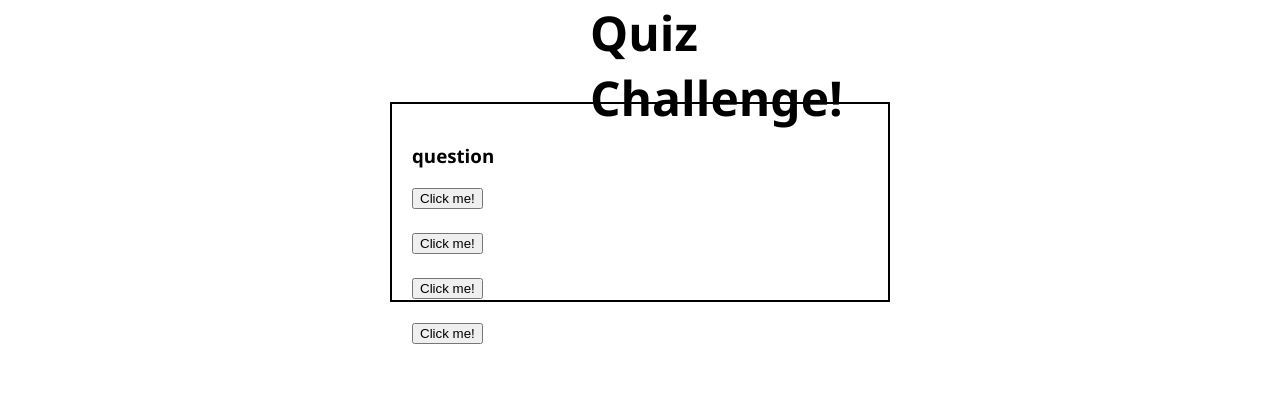
Repository: s88leigh/Quiz-Challenge
Page: index.html
The author's editor kept a copy of each file at every save. The page is drawn from the files as they stood at one save, then again after a run of saves.
The browser window is 1280 px wide. The pictures show the whole page.

Above is the page before, as saved 2019-10-18 10:34:52.

### index.html
<!DOCTYPE html>
<html lang="en">

<head>
    <meta charset="UTF-8">
    <meta name="viewport" content="width=device-width, initial-scale=1.0">
    <meta http-equiv="X-UA-Compatible" content="ie=edge">
    <link rel="stylesheet" type="text/css" href="style.css">
    <title>Quiz</title>


</head>

<body>
    <h1 id="title">Quiz Challenge!</h1>
    <br>
    <div id="question-box">

        <h3 id="question">question</h3>
        <div id="answers"></div>

        <input type="button" id="btn1" value="Click me!"> <br> <br>
        <input type="button" id="btn2" value="Click me!"> <br> <br>
        <input type="button" id="btn3" value="Click me!"> <br> <br>
        <input type="button" id="btn4" value="Click me!">

    </div>

    <!-- <div class="wrapper">
    <h1>Coding Timetracker</h1>
    <h2><span id="counter">0</span> Hours Spent Coding Today</h2>
    <button id="add">Increment</button>
    <button id="subtract">Decrement</button>
  </div> -->

    <script src="./script.js"></script>
</body>

</html>

### style.css
#title {
    width: 100px;
    height: 50px;
    margin: auto;
    margin-bottom: 30px;
    text-align: center;
}

#question-box {
    width: 500px;
    height: 200px;
    padding: 20px;
    margin: auto;
    border: 2px solid black;
}

/* time tracker */
*, *::before, *::after {
    box-sizing: border-box;
  }

  html {
    font-size: 16px;
    font-family: 'Segoe UI', Tahoma, Geneva, Verdana, sans-serif;
  }

  body {
    margin: 0;
    padding: 0;
    font-weight: normal;
  }

  .wrapper {
    width: 800px;
    margin: 0 auto;
    text-align: center;
  }

  h1 {
    font-size: 3em;
  }

  #add, #subtract {
    border-radius: 4px;
    border-style: none;
    box-shadow: rgba(34,36,38,.15) 0 0 0 0 inset;
    color: #fff;
    cursor: pointer;
    font-family: "Helvetica Neue",Arial,Helvetica,sans-serif;
    font-size: 1em;
    font-weight: 700;
    line-height: 0;
    padding: 20px;
  }

  #add {
    background-color: #2185d0;
  }

  #add:hover {
    background-color: #1678c2;
  }

  #subtract {
    background-color: #db2828;
  }

  #subtract:hover {
    background-color: #CF1919;
  }

### script.js
// var btn1 = document.getElementById("btn1");
// var btn2 = document.getElementById("btn2");
// var btn3 = document.getElementById("btn3");
// var btn4 = document.getElementById("btn4");
var currQuestionDiv = document.getElementById("question");
var answersDiv = document.getElementById("answers");

var questions = [
    {
        questionText: "What programming language is used to style a webpage?",
        choices: ["Option 1","css", "Option3", "Option4"],
        answer: "css"
    },
    {
        questionText: "Which one is a DOM element?",
        choices: ["Option 1", "Option 2", "addEventListener", "Option4"],
        answer: "addEventListener"
    },
    {
        questionText: "Which is a DOM attribute?",
        choices: ["value", "Option 2", "Option3", "Option4"],
        answer: "value"
    },
    {
        questionText: "What are the inputs of a function called?",
        choices: ["Option 1", "Option 2", "Option3", "parameters"],
        answer: "parameters"
    },
    {
        questionText: "What is the output of a function called?",
        choices: ["Option 1", "Option 2", "Option3", "parameters"],
        answer: "return"
    }
];

var qIndex = 0;
function questionText(){
    var currentQuestion = questions[qIndex];
    currQuestionDiv.innerText = currentQuestion.questionText

}
// for (var i = 0; i < questions.length; i++) {
//     // get the question
//     var question = questions[i];
//     // get the question text and do something with it, put it on document
//     question.questionText;
// }

// questionText()




// // Counter in local storage
// var counter = document.querySelector("#counter");
// var addButton = document.querySelector("#add");
// var subtractButton = document.querySelector("#subtract");

// var count = localStorage.getItem("count");

// counter.textContent = count;

// addButton.addEventListener("click", function() {
//   count++;
//   counter.textContent = count;

//   localStorage.setItem("count", count);
// });

// subtractButton.addEventListener("click", function() {
//   count--;
//   counter.textContent = count;

//   localStorage.setItem("count", count);
// });

// // testing
// var h1 = document.createElement("h1");
// var h1Text = document.createTextNode("Hello Kitty");
// h1.appendChild(h1Text);
// document.body.appendChild(h1);

After the next 4 saves:
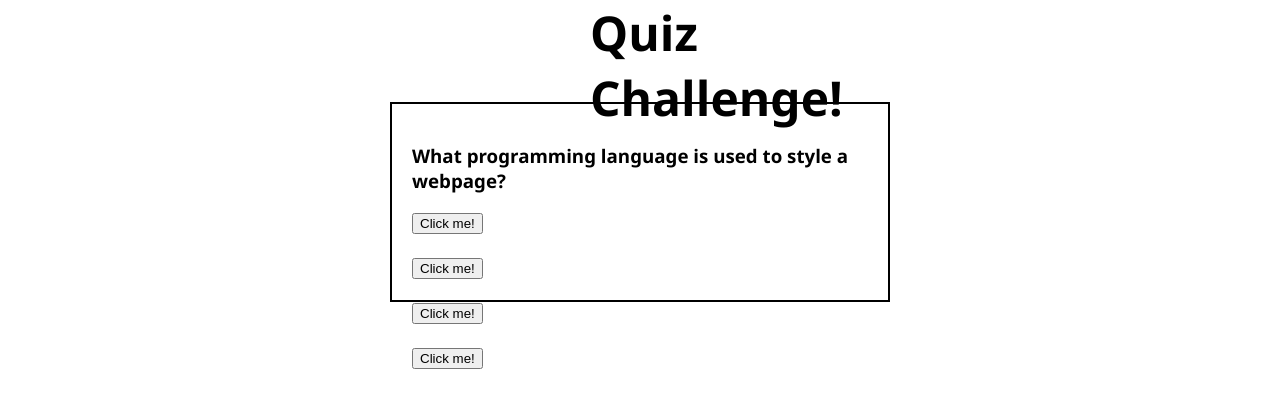
The 4 saves are shown as one change because they came seconds apart.
The last was saved 11 s later.
--- a/script.js
+++ b/script.js
@@ -38,7 +38,8 @@ function questionText(){
     var currentQuestion = questions[qIndex];
     currQuestionDiv.innerText = currentQuestion.questionText
 
-}
+};
+questionText()
 // for (var i = 0; i < questions.length; i++) {
 //     // get the question
 //     var question = questions[i];
